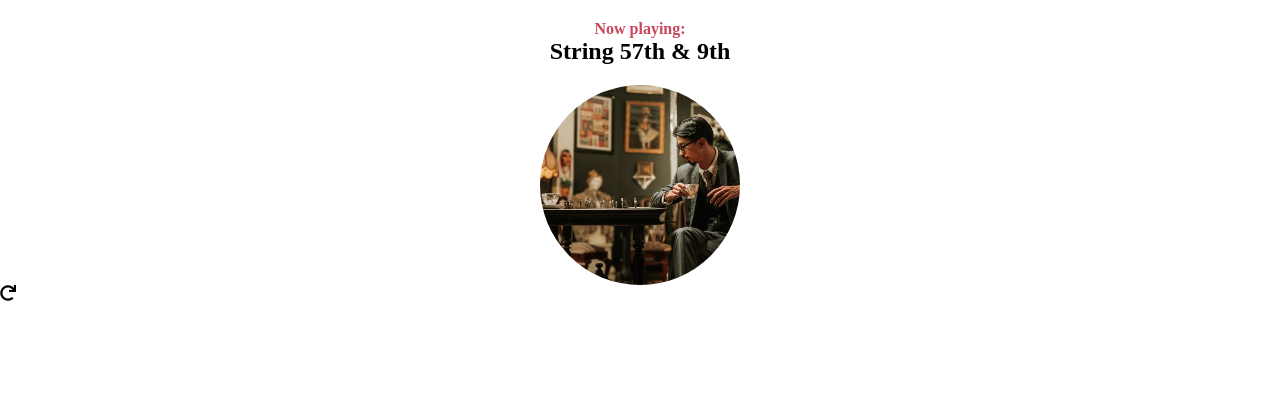
Repository: dovanthao2404/AppMusicPlayer
Page: index.html
These files come from the project's save history. The page is drawn as it stood at one moment and after the next save; the edit follows.
The browser window is 1280 px wide. The pictures show the whole page.

Above is the page before, as saved 2021-06-28 02:02:11.

After the next save:
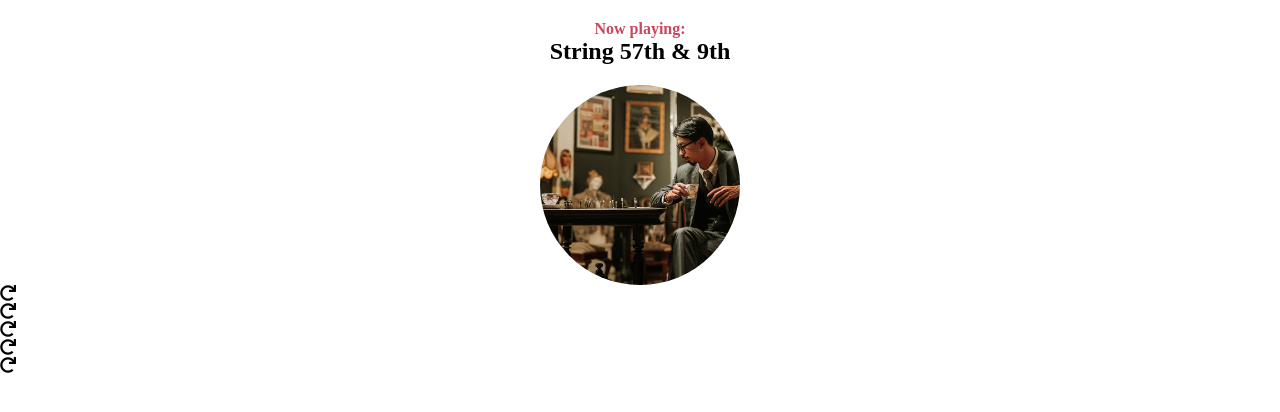
Saved 50 s later.
--- a/index.html
+++ b/index.html
@@ -35,6 +35,18 @@
         <div class="btn btn-repeat">
           <i class="fa fa-redo"></i>
         </div>
+        <div class="btn btn-repeat">
+          <i class="fa fa-redo"></i>
+        </div>
+        <div class="btn btn-repeat">
+          <i class="fa fa-redo"></i>
+        </div>
+        <div class="btn btn-repeat">
+          <i class="fa fa-redo"></i>
+        </div>
+        <div class="btn btn-repeat">
+          <i class="fa fa-redo"></i>
+        </div>
       </div>
 
       <!-- PROGRESS -->
